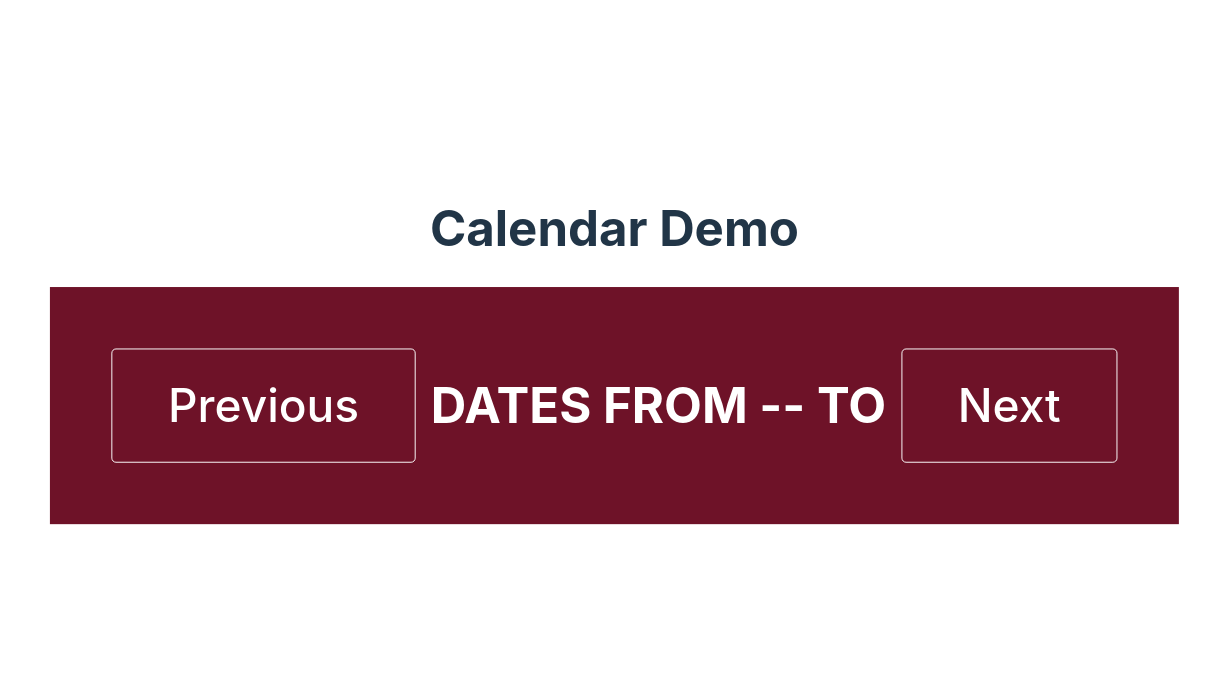
Repository: Maryie-B/weekly-calendar-scheduler
Page: /
The author's editor kept a copy of each file at every save. The page is drawn from the files as they stood at one save, then again after the next save.
The browser window is 1280 px wide. The pictures show the whole page, at 96% of full size.
The project was rebuilt for these pictures with package versions that can differ from the ones it lists, and the page was loaded fresh each time. Also part of the build but not shown: vite.config.js.

Above is the page before, as saved 2024-03-26 11:27:21.

### src/App.jsx
import './App.css'
import Calendar from './Calendar'

function App() {

  return (
    <>
      <h1>Calendar Demo</h1>
      <div className='calendar-wrapper'>
        <button className='calendar-button'>Previous</button>
        <Calendar />
        <button className='calendar-button'>Next</button>
      </div>
    </>
  )
}

export default App

### src/App.css
#root {
  max-width: 1280px;
  margin: 0 auto;
  padding: 2rem;
  text-align: center;
}

.calendar-wrapper {
  display: flex;
  justify-content: center;
  align-items: center;
  background-color: rgb(110, 18, 40);
  color: white;
  padding: 3rem;
  /* font-size: 3rem; */
}


.calendar-button {
  background-color: rgba(0, 0, 0, 0);
  border-color: white;
  border-radius: 0.3rem;
  color: white;
  font-size: 3rem;
  margin: 1rem;
}

### src/Calendar.jsx


const Calendar = () => {
  return (
    <div className="calendar-text">
      <h1>DATES FROM -- TO</h1>
    </div>
  )
}

export default Calendar

Loaded but not shown: index.html (common file); src/main.jsx (common file); src/index.css (common file)

After the next save:
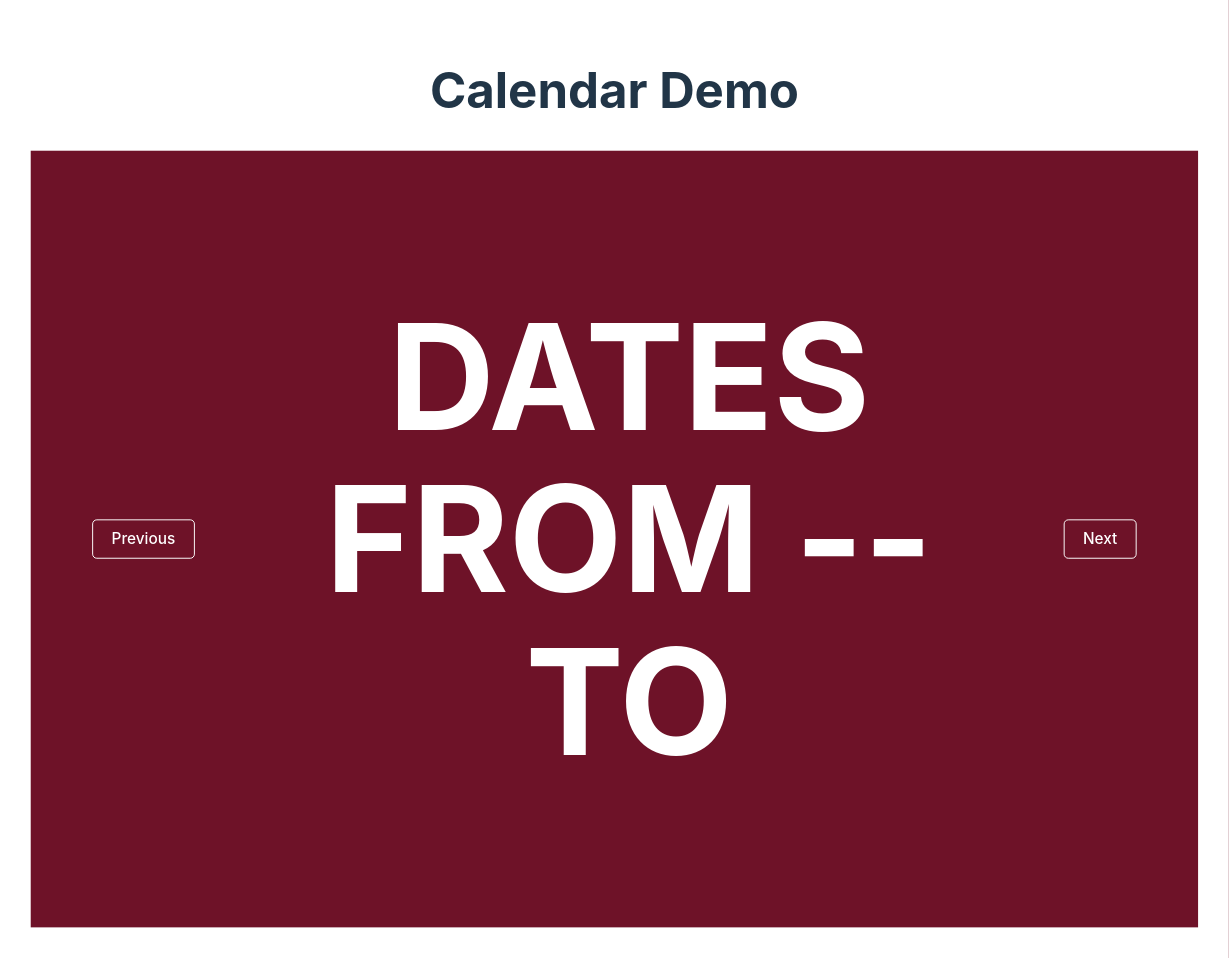
Saved 37 s later.
--- a/src/App.css
+++ b/src/App.css
@@ -21,6 +21,10 @@
   border-color: white;
   border-radius: 0.3rem;
   color: white;
-  font-size: 3rem;
+  font-size: 1rem;
   margin: 1rem;
 }
+
+.calendar-text {
+  font-size: 3rem;
+}
